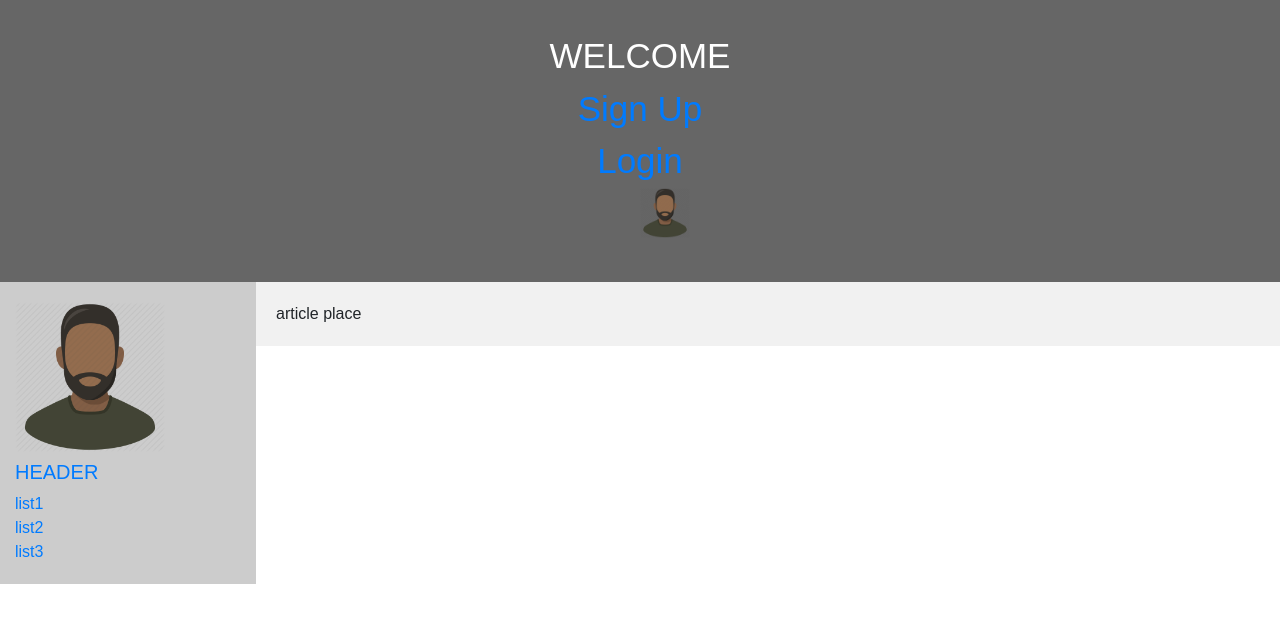
Repository: idrice24/IDRICE24-DASHBOARD
Page: html/header.html
An editor plug-in stored every save of this project. The page is shown before and after the next save, followed by the edit.
The browser window is 1280 px wide. The pictures show the whole page.

Above is the page before, as saved 2020-09-03 23:54:08.

After the next save:
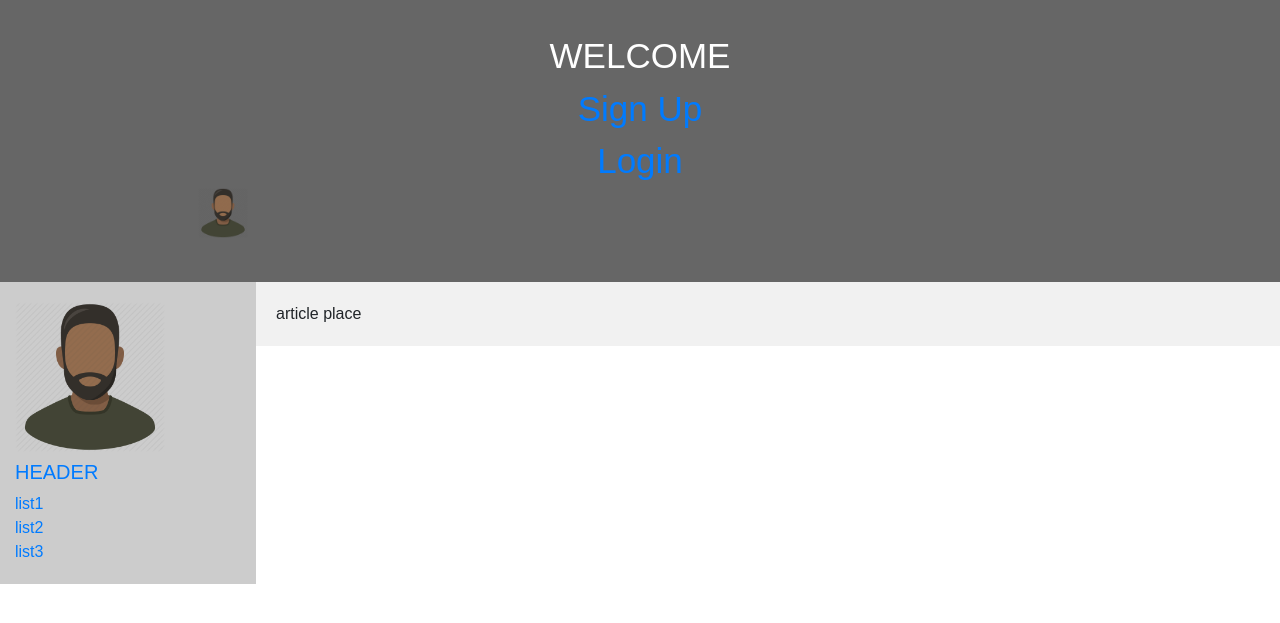
Saved 39 s later.
--- a/html/header.html
+++ b/html/header.html
@@ -17,7 +17,7 @@
             <li><a href="#"><span class="glyphicon glyphicon-user"></span> Sign Up</a></li>
             <li><a href="#"><span class="glyphicon glyphicon-log-in"></span> Login</a></li>
         </ul>
-        <div style="display:inline-block">
+        <div class="row">
             <div class="col-md-4" style="display:inline-block">
                 <a href="../imgs/login2.PNG" class="thumbnail" style="display:inline-block">
                     <img src="../imgs/login2.PNG" alt="Pulpit Rock" style="width:50px;height:50px;display:inline-block;float:left">
